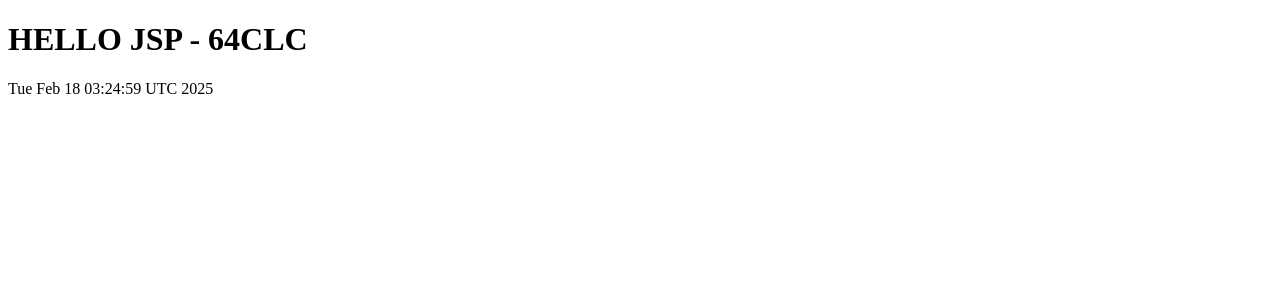
Repository: giakhiem2911/64131000_Web2
Page: http://localhost/HelloJSP/HelloExpression.jsp
These files come from the project's save history. The page is drawn as it stood at one moment and after the next save; the edit follows.
The browser window is 1280 px wide. The pictures show the whole page.
The page is served by Tomcat 9.

Above is the page before, as saved 2025-02-18 03:34:49.

After the next save:
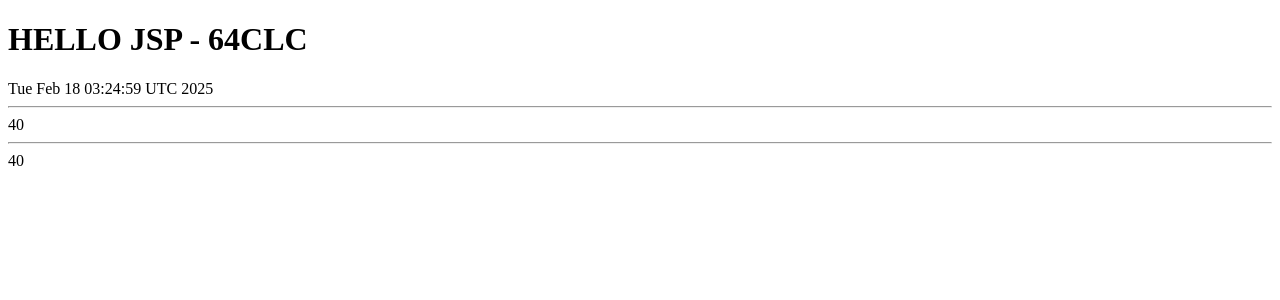
Saved 10 min 46 s later.
--- a/HelloJSP/src/main/webapp/HelloExpression.jsp
+++ b/HelloJSP/src/main/webapp/HelloExpression.jsp
@@ -10,5 +10,13 @@
 <body>
 <h1>HELLO JSP - 64CLC</h1>
 <%= new Date().toString() %>
+<%
+	int x = 15;
+	int y = x + 25;
+%>
+<hr>
+<%=y%>
+<hr>
+<% out.print(y); %>
 </body>
 </html>
